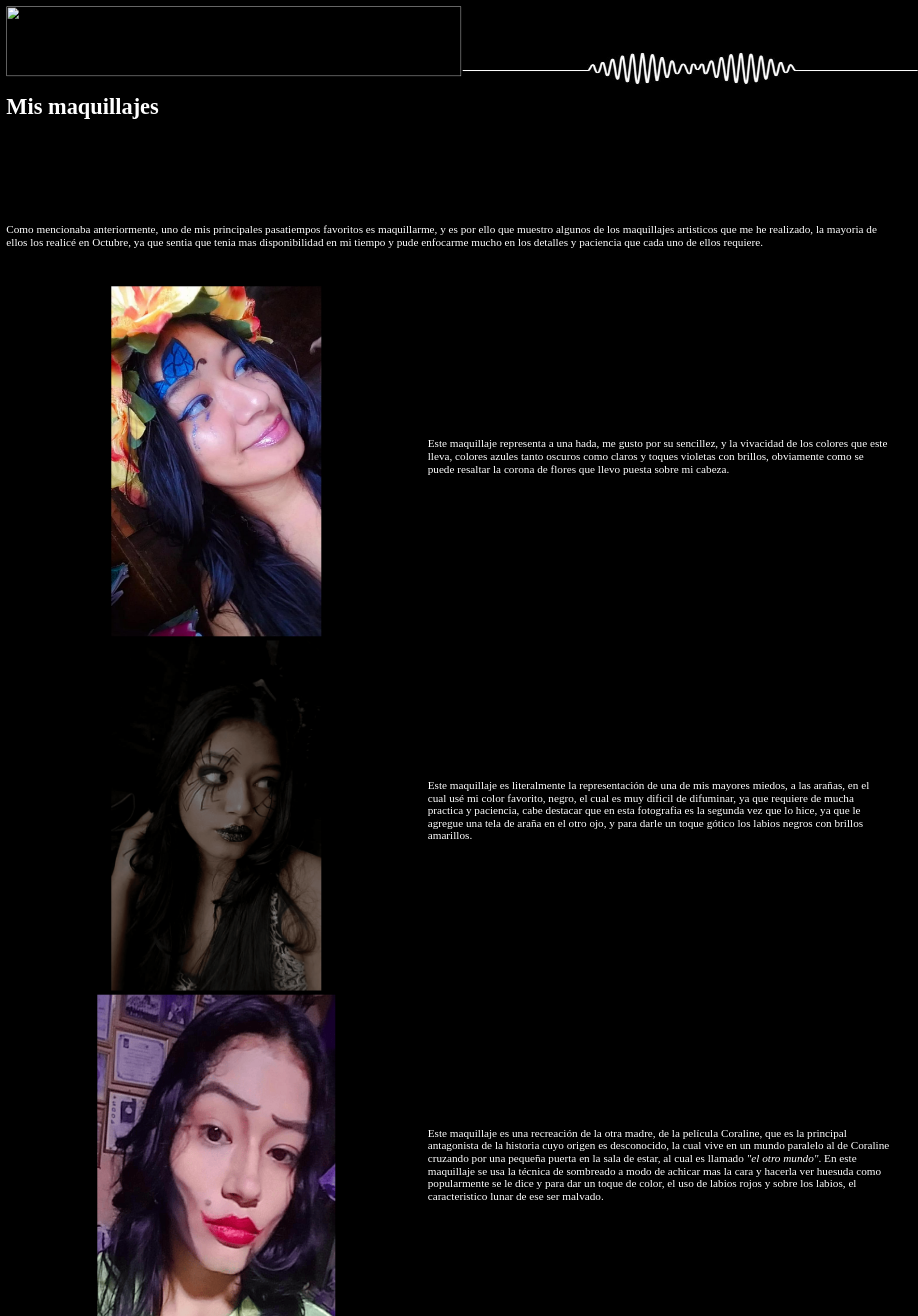
Repository: darlyn-saravia27/portafolio-darlynsaravia
Page: archivoshtml/maquillaje.html
These files come from the project's save history. The page is drawn as it stood at one moment and after the next save; the edit follows.
The browser window is 1280 px wide. The page is 1312 px wide, then 1280 px, so the pictures cover 1312 px, including what lies to the right of the window. The pictures show the part of the page from y = 0 to 1880 px (the page is 4976 px tall), at 70% of full size.

Above is the page before, as saved 2023-03-08 04:15:09.
Not found: archivoshtml/makeup1.png

### archivoshtml/maquillaje.html
<!DOCTYPE html>
<html lang="es">
<head>
    <meta charset="UTF-8">
    <meta http-equiv="X-UA-Compatible" content="IE=edge">
    <meta name="viewport" content="width=device-width, initial-scale=1.0">
    <title>Maquillaje</title>
</head>
<body bgcolor="black">
    <table align="center" cellspacing="0" width="100%">
        <tr>
            <td>
                <img src="makeup1.png" width="650px" height="100">
                <h1><font color="white">Mis maquillajes</font></h1>
            </td>
            <td>
                <img src="_ (6).png" width="650px" height="100px">
            </td>
        </tr>
    </table>
    <table align="center" cellspacing="0" width="100%">
        <tr>
            <td colspan="2">
                <p><font color="white">Como mencionaba anteriormente, uno de mis principales pasatiempos favoritos es maquillarme,
                y es por ello que muestro algunos de los maquillajes artisticos que me he realizado, la
                mayoria de ellos los realicé en Octubre, ya que sentia que tenia mas disponibilidad en mi tiempo
                y pude enfocarme mucho en los detalles y paciencia que cada uno de ellos requiere.</font>
                </p>
                <br>
                <br>
            </td>
        </tr>
        <tr>
            <td align="center">
                <img src="fo1.png" width="300px" height="500px">
            </td>
            <td>
                <font color="white">Este maquillaje representa a una hada, me gusto por su sencillez, y la vivacidad de
                    los colores que este lleva, colores azules tanto oscuros como claros y toques violetas
                    con brillos, obviamente como se puede resaltar la corona de flores que llevo puesta
                    sobre mi cabeza.</font>
                <br>
                <br>
            </td>
        </tr>
        <tr>
            <td align="center">
                <img src="fo2.png" width="300px" height="500px">
            </td>
            <td><font color="white">Este maquillaje es literalmente la representación de una de mis mayores miedos,
                a las arañas, en el cual usé mi color favorito, negro, el cual es muy dificil de difuminar,
                ya que requiere de mucha practica y paciencia, cabe destacar que en esta fotografia es
                la segunda vez que lo hice, ya que le agregue una tela de araña en el otro ojo, y para darle
                un toque gótico los labios negros con brillos amarillos.</font>
                <br>
                <br>
            </td>
        </tr>
        <tr>
            <td align="center">
                <img src="fo3.png" width="340px" height="500px">
            </td>
            <td><font color="white">Este maquillaje es una recreación de la otra madre, de la película
                Coraline, que es la principal antagonista de la historia cuyo origen es desconocido, la
                cual vive en un mundo paralelo al de Coraline cruzando por una pequeña puerta en la sala
                de estar, al cual es llamado <i>"el otro mundo"</i>. En este maquillaje se usa la técnica
                de sombreado a modo de achicar mas la cara y hacerla ver huesuda como popularmente se le dice
                y para dar un toque de color, el uso de labios rojos y sobre los labios, el caracteristico lunar
                de ese ser malvado.</font>
                <br>
                <br>
            </td>
        </tr>
        <tr>
            <td align="center">
                <img src="fo4.png" width="500px" height="400px">
            </td>
            <td><font color="white">Recreación del maquillaje de Morticia Addams, entrando en contexto
                con este personaje, es el corazón, reina y alma de la Familia Addams, se describe como
                una vampiresa de piel pálida, cabello negro lacio, que usa vestidos negros góticos para
                combinar con su pelo. Volviendo al tema, quise recrear el maquillaje de una Tiktoker famosa,
                llamada Dorys Jocelyn Velásquez, la cual es una maquillista profesional y recrea maquillajes
                de todo tipo de ocasión, y por supuesto, los maquillajes artísticos, y me llamo mucho la atención
                el echo de como fucionó el personaje de Morticia con una catrina, tipos de maquillajes que los
                mexicanos usan el día de muertos. Recalco que me fascina trabajar con colores neutros, pero
                con el color negro en cualquier tipo de maquillaje es difícil de manejar, pero que con práctica,
                dedicación y paciencia, todo se hace mas fácil.</font>
                <br>
                <br>
            </td>
        </tr>
        <tr>
            <td align="center">
                <img src="fo5.png" width="300px" height="500px">
            </td>
            <td><font color="white">El maquillarte es como utilizar un lienzo blanco en el cual
                te dejas guiar por tu imaginación y gustos y comienzas a pintar, esta es una breve descripción
                de este maquillaje, ya que quise no lleva un patrón ni guía, simplemente es colorear de la
                manera en que gustes, usando cualquier variedad de tonos de colores, sombras, etc. </font>
                <br>
                <br>
            </td>

        </tr>
        <tr>
            <td align="center">
                <img src="fo6.png" width="500px" height="400px">
            </td>
            <td><font color="white">Quise agregar esta "tierna" fotografía sobre un maquillaje de un animal,
                una osa, representación de la fauna de los bosques, creo que ha sido uno de los mas sencillos
                y fáciles que he realizado.
                </font>
                <br>
                <br>
            </td>
        </tr>
        <tr>
            <td align="center">
                <img src="fo7.png" width="400px" height="500px">
            </td>
            <td><font color="white">El gran Joker, con una personalidad psicópata con humor sádico
                y retorcido enemigo de Batman, considero que este ha sido uno de los mejores maquillajes
                que me he realizado, tiene buen contraste de colores, y por supuesto que no debía faltar
                los toques de brillo. Me he sentido orgullosa de poder hacer a un villano y que haya quedado
                perfecto dentro de lo que cabe.</font>
                <br>
                <br>
            </td>

        </tr>
        <tr>
            <td align="center">
                <img src="fo8.png" width="300px" height="400px">
            </td>
            <td><font color="white">Este fue el primer maquillaje de araña que me realicé, me
                inspiré de uno de los maquillajes de la Tiktoker Fer Jalil, ya que ella se encargó de
                recrearlo y me llamó mucho la atención, así que decidí intentarlo y salió tal como me lo
                esperaba, sobre todo me encanta el efecto de sombreado y lo gótico que luce.
            </font></td>
            <br>
            <br>
        </tr>
        <tr>
            <td align="center">
                <img src="makedada.png" width="600px" height="300px">
            </td>
            <td><font color="white">Es uno de mis mayores logros, el haber participado en el concurso
                de maquillaje en el colegio en 2021, estabamos en pandemia y las clases eran totalmente
                virtuales, tenía miedo porque estaba entre participar o no, pero con el apoyo de personas
                muy cercanas a mi, me alentaron para participar, me decidí y así lo hice.
                Literalmente me inspiré en dos cosas: la primera, fue en las mariposas, y especificamente las
                de especie Morfo, que son mariposas de color azul, y segundo, por las flores ya que me encantan,
                y que mejor manera de combiar ambas cosas en un solo maquillaje, al cual le puse por nombre <i>"Morfo
                de la primavera"</i> basandome en que a las mariposas les encantan las flores.
                Lo que no me esperaba, era ganar el primer lugar, me sentí orgullosa de mi misma, porque
                pude demostrar que si puedo hacer lo que me proponga, que soy capaz de mostrarle a muchas
                personas lo que sé y sentirme orgullosa de ello.
            </font></td>
            <br>
            <br>
        </tr>
        <tr>
            <td align="center">
                <img src="makedada2.png" width="250px" height="500px">
            </td>
            <td><font color="white">Para finalizar esta sección de maquillajes, el año pasado(2022)
                me animé a participar de nuevo en el concurso de maquillaje, quería seguir demostrando todo
                lo que sé, el arte y potencial que tengo, no gané ningún lugar, pero lo importante para mi
                fue participar y sentirme feliz de realizar un maquillaje tan colorido y complejo como ese,
                tomé referencia de una fotografía de una famosa en maquillaje artístico, simplemente me volví
                a sentir orgullosa de mi, porque si logré mi objetivo y es la mejor satisfacción que yo puedo
                tener, y seguir demostrándome a mi misma que lo que es pasión para mi, lo demuestre
                sin ningún tipo de temor.</font></td>
            <br>
            <br>
        </tr>
    </table>
</body>
</html>

After the next save:
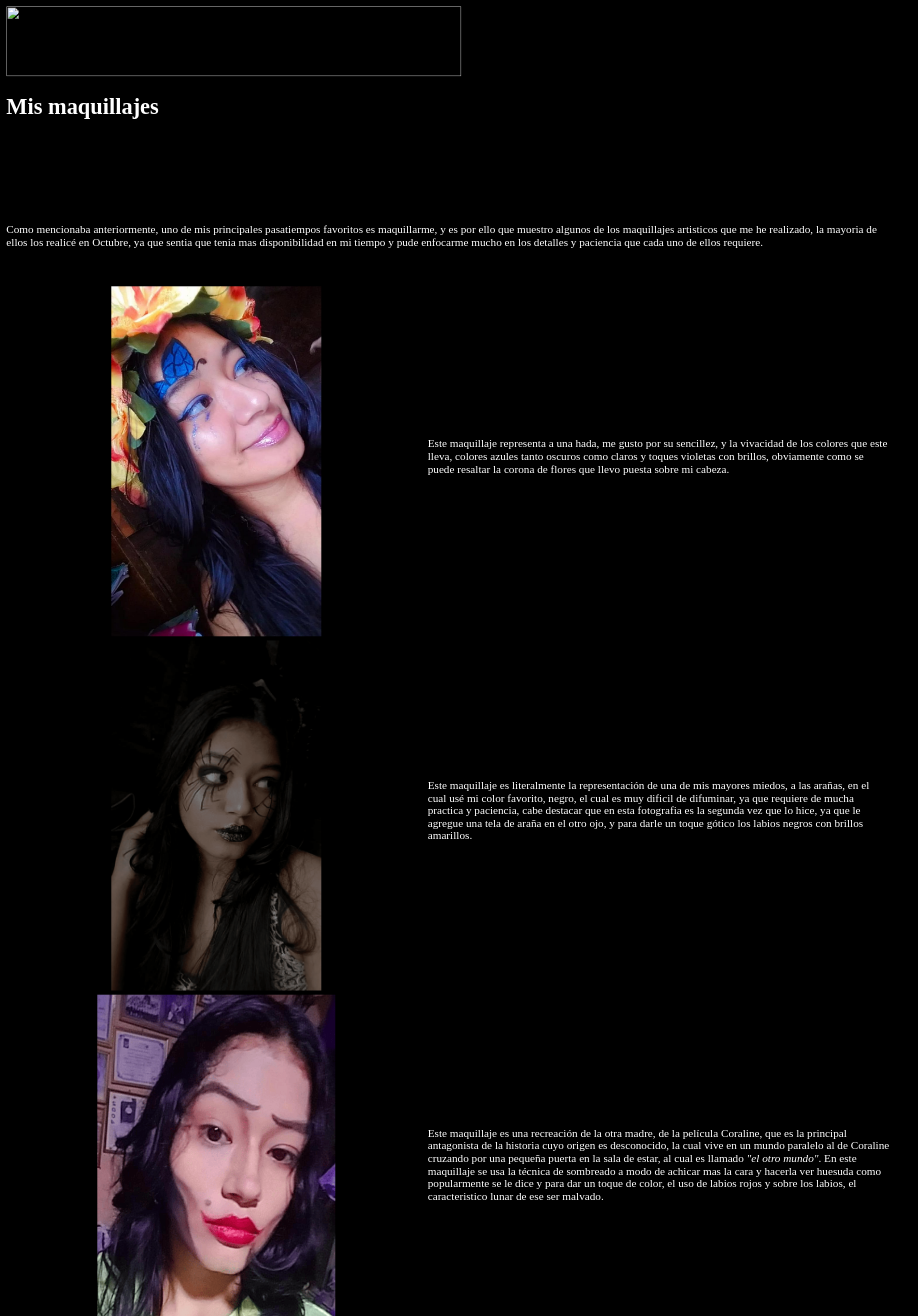
Saved 31 s later.
--- a/archivoshtml/maquillaje.html
+++ b/archivoshtml/maquillaje.html
@@ -9,12 +9,9 @@
 <body bgcolor="black">
     <table align="center" cellspacing="0" width="100%">
         <tr>
-            <td>
+            <td colspan="">
                 <img src="makeup1.png" width="650px" height="100">
                 <h1><font color="white">Mis maquillajes</font></h1>
-            </td>
-            <td>
-                <img src="_ (6).png" width="650px" height="100px">
             </td>
         </tr>
     </table>
